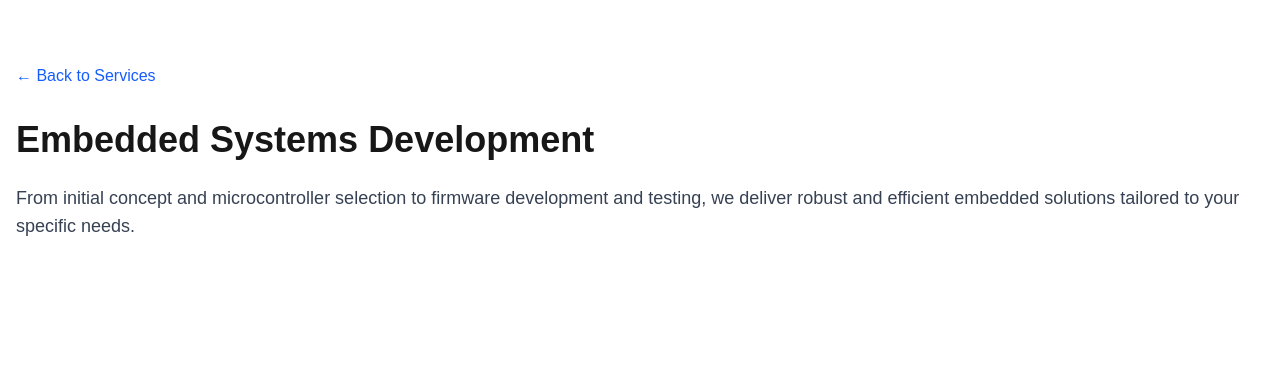
Repository: b0ase/robust-ae.com
Page: /services/embedded-systems
An editor plug-in stored every save of this project. The page is shown before and after a run of saves, followed by the edit.
The browser window is 1280 px wide. The pictures show the whole page.
The project was rebuilt for these pictures with package versions that can differ from the ones it lists, and the page was loaded fresh each time. The framework's server and built-in components were replaced by stand-ins that run in the browser. Also part of the build but not shown: next.config.ts.

Above is the page before, as saved 2025-05-04 23:06:43.

### src/app/layout.tsx
import type { Metadata } from "next";
import { Geist, Geist_Mono } from "next/font/google";
import "./globals.css";

const geistSans = Geist({
  variable: "--font-geist-sans",
  subsets: ["latin"],
});

const geistMono = Geist_Mono({
  variable: "--font-geist-mono",
  subsets: ["latin"],
});

export const metadata: Metadata = {
  title: "Robust AE",
  description: "Embedded Systems Development and Industrial Automation",
};

export default function RootLayout({
  children,
}: Readonly<{
  children: React.ReactNode;
}>) {
  return (
    <html lang="en">
      <body
        className={`${geistSans.variable} ${geistMono.variable} antialiased`}
      >
        {children}
      </body>
    </html>
  );
}

### src/app/services/embedded-systems/page.tsx
import React from 'react';
import Link from 'next/link';

export default function EmbeddedSystemsPage() {
  return (
    <div className="container mx-auto px-4 py-16">
      <Link href="/newsite" className="text-blue-600 hover:underline mb-8 inline-block">&larr; Back to Services</Link>
      <h1 className="text-3xl md:text-4xl font-bold mb-6">Embedded Systems Development</h1>
      <p className="text-lg text-gray-700">
        From initial concept and microcontroller selection to firmware development and testing, we deliver robust and efficient embedded solutions tailored to your specific needs.
      </p>
      {/* Add more details about this service here */}
    </div>
  );
}

### src/app/shared-layout.tsx
// This component defines the shared structure (header, footer, theme)
export default function SharedLayout({ children }: { children: React.ReactNode }) {
  // ... (state and effects remain the same)

  // Function to toggle theme
// ... (toggle function remains the same)

  return (
    <div className="bg-white dark:bg-black text-gray-800 dark:text-gray-200 min-h-screen">
       {/* Header Section */}
// ... (header JSX) ...

      {/* Render the actual page content here */}
      <main>{children}</main>

       {/* Footer Section */}
// ... (footer JSX) ...
    </div>
  );
}

Loaded but not shown: src/app/globals.css (common file)

After the next 2 saves:
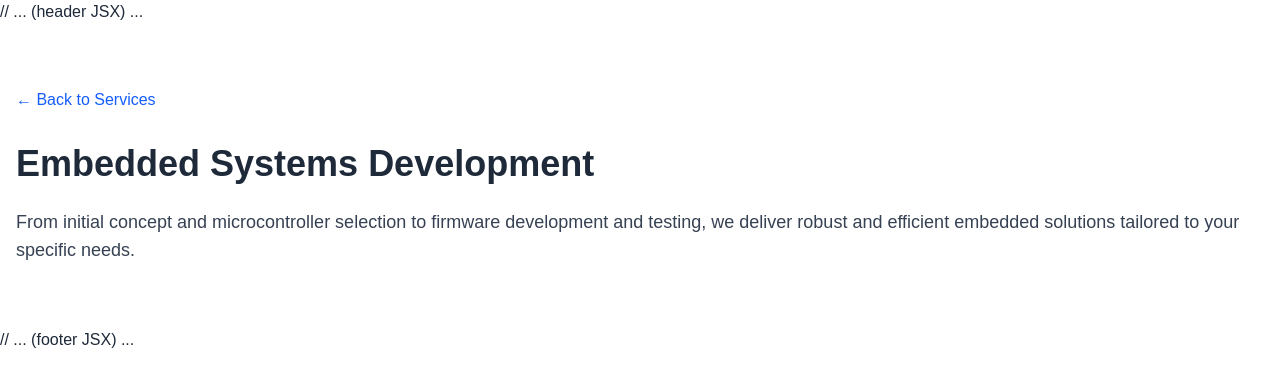
The 2 saves are shown as one change because they came seconds apart.
The last was saved 8 s later.
--- /dev/null
+++ b/src/app/services/layout.tsx
@@ -0,0 +1,5 @@
+import SharedLayout from '../shared-layout';
+
+export default function ServicesLayout({ children }: { children: React.ReactNode }) {
+  return <SharedLayout>{children}</SharedLayout>;
+}
